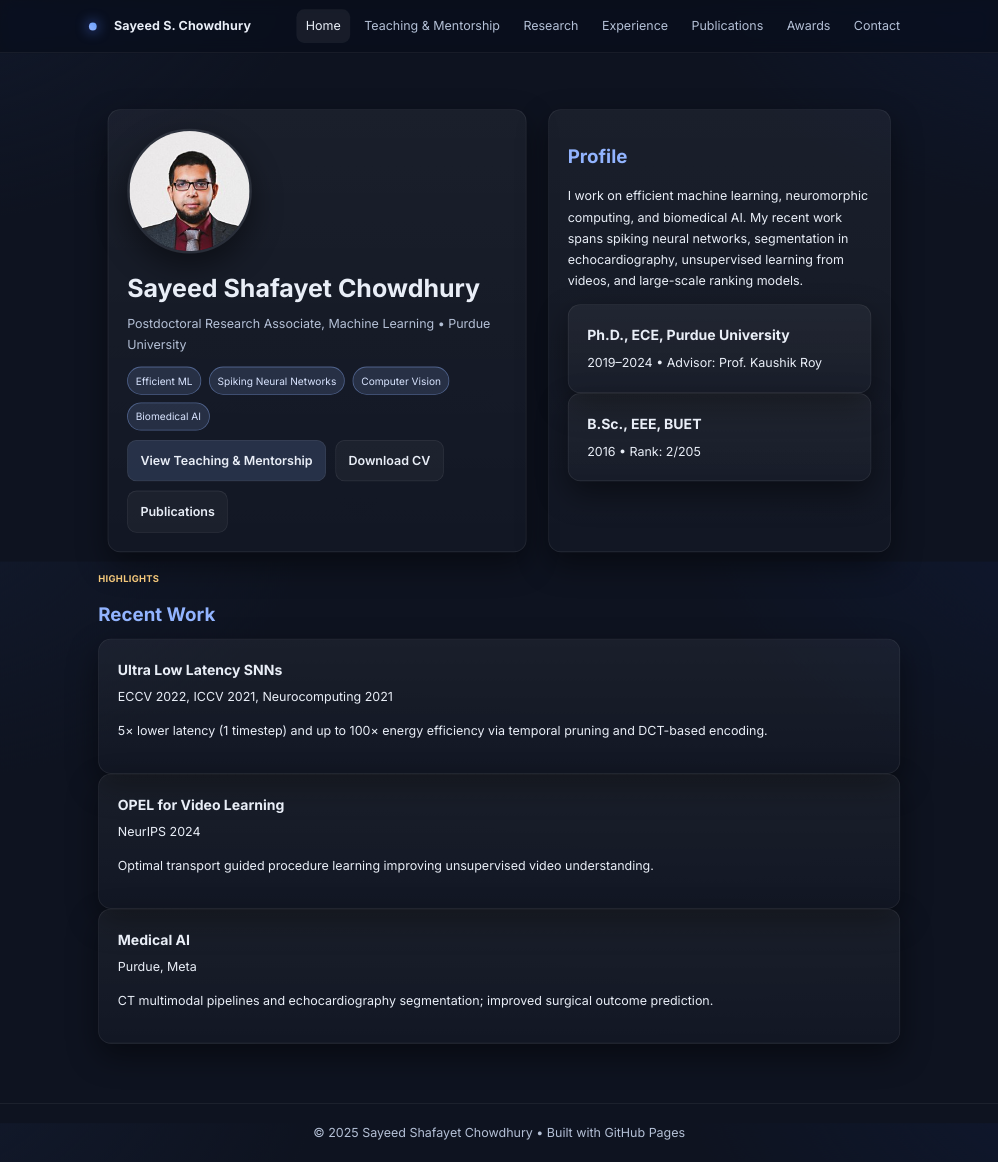
Repository: SayeedChowdhury/SayeedChowdhury.github.io
Page: index.html
An editor plug-in stored every save of this project. The page is shown before and after the next save, followed by the edit.
The browser window is 1280 px wide. The pictures show the whole page, at 78% of full size.

Above is the page before, as saved 2025-08-10 01:24:51.

### index.html
<!doctype html>
<html lang="en">
<head>
  <meta charset="utf-8">
  <meta name="viewport" content="width=device-width, initial-scale=1">
  <title>Sayeed S. Chowdhury • Academic Portfolio</title>
  <link rel="preconnect" href="https://fonts.googleapis.com">
  <link rel="preconnect" href="https://fonts.gstatic.com" crossorigin>
  <link href="https://fonts.googleapis.com/css2?family=Inter:wght@400;600;700&display=swap" rel="stylesheet">
  <link rel="stylesheet" href="assets/style.css">
</head>
<body>
<div class="nav">
  <div class="inner container">
    <div class="brand"><span class="dot"></span> <a href="index.html" style="text-decoration:none;color:inherit;">Sayeed S. Chowdhury</a></div>
    <div style="margin-left:auto; display:flex; gap:6px; flex-wrap:wrap">
      <a href="index.html" class="active">Home</a>
      <a href="teaching.html" class="">Teaching & Mentorship</a>
      <a href="research.html" class="">Research</a>
      <a href="experience.html" class="">Experience</a>
      <a href="publications.html" class="">Publications</a>
      <a href="awards.html" class="">Awards</a>
      <a href="contact.html" class="">Contact</a>
    </div>
  </div>
</div>
<div class="container">

<section class="hero">
  <div class="card">
    <div class="row" style="align-items:center">
      <img class="headshot" src="images/headshot.jpg" alt="Headshot of Sayeed S. Chowdhury" />
      <div>
        <h1>Sayeed Shafayet Chowdhury</h1>
        <div class="lead">Postdoctoral Research Associate, Machine Learning • Purdue University</div>
        <div class="badges">
          <span class="badge">Efficient ML</span>
          <span class="badge">Spiking Neural Networks</span>
          <span class="badge">Computer Vision</span>
          <span class="badge">Biomedical AI</span>
        </div>
        <div class="cta">
          <a class="button" href="teaching.html">View Teaching & Mentorship</a>
          <a class="button secondary" href="assets/cv.pdf" target="_blank" rel="noopener">Download CV</a>
          <a class="button secondary" href="publications.html">Publications</a>
        </div>
      </div>
    </div>
  </div>
  <div class="card">
    <h2>Profile</h2>
    <p>I work on efficient machine learning, neuromorphic computing, and biomedical AI. My recent work spans spiking neural networks, segmentation in echocardiography, unsupervised learning from videos, and large-scale ranking models.</p>
    <div class="cards">
      <div class="card grid-6">
        <h3>Ph.D., ECE, Purdue University</h3>
        <div class="muted">2019–2024 • Advisor: Prof. Kaushik Roy</div>
      </div>
      <div class="card grid-6">
        <h3>B.Sc., EEE, BUET</h3>
        <div class="muted">2016 • Rank: 2/205</div>
      </div>
    </div>
  </div>
</section>

<section class="section">
  <div class="title"><div><div class="kicker">Highlights</div><h2>Recent Work</h2></div></div>
  <div class="cards">
    <div class="card grid-4">
      <h3>Ultra Low Latency SNNs</h3>
      <div class="muted">ECCV 2022, ICCV 2021, Neurocomputing 2021</div>
      <p>5× lower latency (1 timestep) and up to 100× energy efficiency via temporal pruning and DCT-based encoding.</p>
    </div>
    <div class="card grid-4">
      <h3>OPEL for Video Learning</h3>
      <div class="muted">NeurIPS 2024</div>
      <p>Optimal transport guided procedure learning improving unsupervised video understanding.</p>
    </div>
    <div class="card grid-4">
      <h3>Medical AI</h3>
      <div class="muted">Purdue, Meta</div>
      <p>CT multimodal pipelines and echocardiography segmentation; improved surgical outcome prediction.</p>
    </div>
  </div>
</section>

</div>
<div class="footer">© 2025 Sayeed Shafayet Chowdhury • Built with GitHub Pages</div>
</body>
</html>

### assets/style.css

:root{
  --bg:#0e1320;
  --bg-grad1:#121a2d;
  --panel:#151b2e;
  --panel-2:#101626;
  --ink:#e9eef7;
  --muted:#b4c0d6;
  --navy:#92b4ff;
  --gold:#f3c77a;
  --border:rgba(255,255,255,.08);
  --shadow:0 16px 40px rgba(0,0,0,.45);
  --radius:16px;
}

*{box-sizing:border-box}
html,body{height:100%}
body{
  margin:0;
  color:var(--ink);
  background:
    radial-gradient(900px 600px at -10% -10%, var(--bg-grad1) 0%, transparent 60%),
    radial-gradient(900px 600px at 110% -10%, #0f1830 0%, transparent 60%),
    var(--bg);
  font:16px/1.7 "Inter", system-ui, -apple-system, Segoe UI, Roboto, Helvetica, Arial;
  -webkit-font-smoothing:antialiased;
}

.container{max-width:1100px;margin:0 auto;padding:24px}

.nav{
  position:sticky; top:0; z-index:10;
  background:rgba(9,13,24,.7);
  backdrop-filter:saturate(170%) blur(10px);
  border-bottom:1px solid var(--border);
}
.nav .inner{display:flex; align-items:center; gap:16px; padding:12px 24px;}
.nav .brand{display:flex; align-items:center; gap:10px; font-weight:700; letter-spacing:.2px; color:var(--ink)}
.nav .brand .dot{width:10px;height:10px;border-radius:50%;background:linear-gradient(45deg,var(--navy),#6aa0ff); box-shadow:0 0 16px #4e79ff}
.nav a{color:var(--muted); text-decoration:none; padding:8px 12px; border-radius:10px}
.nav a.active, .nav a:hover{color:var(--ink); background:rgba(255,255,255,.06)}

.hero{
  display:grid; grid-template-columns:1.1fr .9fr; gap:28px; align-items:stretch;
  padding:48px 24px 12px;
}
.card{
  background:linear-gradient(180deg, rgba(255,255,255,.05), rgba(255,255,255,.02));
  border:1px solid var(--border);
  border-radius:var(--radius);
  box-shadow:var(--shadow);
  padding:24px;
}
h1{font-size:32px; margin:0 0 4px}
h2{font-size:24px;margin:16px 0 10px;color:var(--navy)}
h3{font-size:18px;margin:0 0 6px}
.lead{color:var(--muted); font-size:16px}
.badges{display:flex; flex-wrap:wrap; gap:10px; margin-top:14px}
.badge{background:rgba(146,180,255,.14); border:1px solid rgba(146,180,255,.4); color:#d9e4ff; padding:6px 10px; border-radius:999px; font-size:13px}

.row{display:flex; gap:18px; flex-wrap:wrap; align-items:center}
.cta{display:flex; gap:12px; flex-wrap:wrap; margin-top:12px}
.button{display:inline-flex;align-items:center;gap:10px;padding:12px 16px;border-radius:12px;border:1px solid var(--border);background:rgba(146,180,255,.16);color:var(--ink);text-decoration:none;font-weight:600}
.button.secondary{background:rgba(255,255,255,.04)}

.headshot{width:160px;height:160px;border-radius:50%;object-fit:cover;border:3px solid rgba(255,255,255,.08);box-shadow:var(--shadow)}

.section{padding:12px}
.kicker{color:var(--gold);font-weight:700;letter-spacing:.4px;text-transform:uppercase;font-size:12px}

.list{padding-left:20px}
.list li{margin:10px 0}

.footer{border-top:1px solid var(--border); color:var(--muted); padding:24px; text-align:center; margin-top:40px}

@media (max-width: 900px){
  .hero{grid-template-columns:1fr}
}

@media print{
  .nav,.footer,.cta{display:none}
  body{background:white;color:#111}
  .card{box-shadow:none}
}

After the next save:
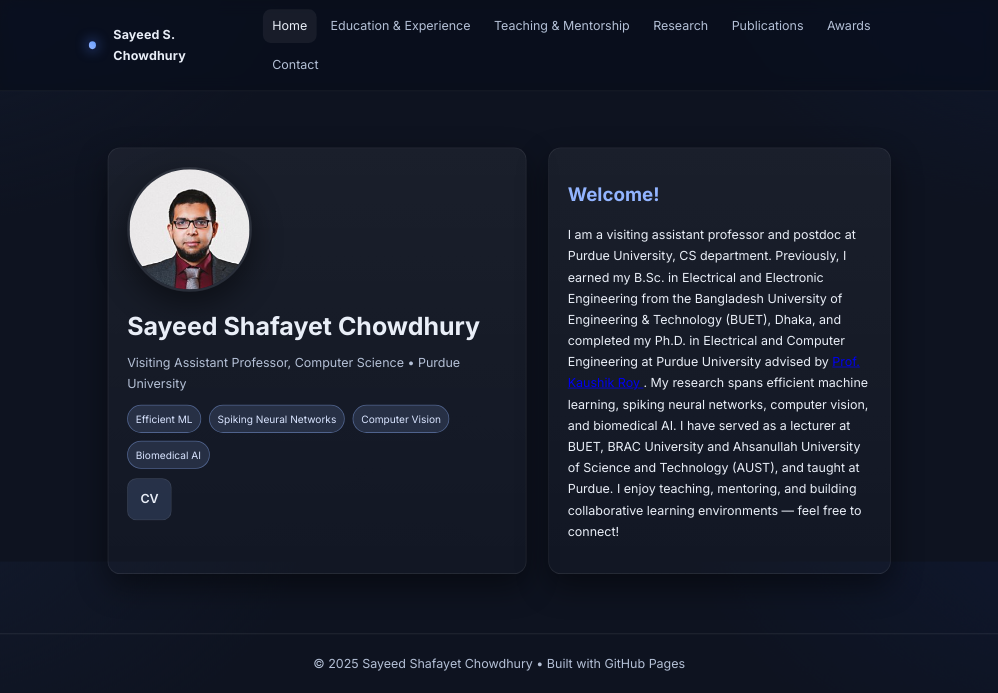
Saved 17 h 23 min later.
--- a/index.html
+++ b/index.html
@@ -15,9 +15,9 @@
     <div class="brand"><span class="dot"></span> <a href="index.html" style="text-decoration:none;color:inherit;">Sayeed S. Chowdhury</a></div>
     <div style="margin-left:auto; display:flex; gap:6px; flex-wrap:wrap">
       <a href="index.html" class="active">Home</a>
+      <a href="edu-exp.html" class="">Education & Experience</a>
       <a href="teaching.html" class="">Teaching & Mentorship</a>
       <a href="research.html" class="">Research</a>
-      <a href="experience.html" class="">Experience</a>
       <a href="publications.html" class="">Publications</a>
       <a href="awards.html" class="">Awards</a>
       <a href="contact.html" class="">Contact</a>
@@ -28,11 +28,11 @@
 
 <section class="hero">
   <div class="card">
-    <div class="row" style="align-items:center">
+    <div class="row">
       <img class="headshot" src="images/headshot.jpg" alt="Headshot of Sayeed S. Chowdhury" />
       <div>
         <h1>Sayeed Shafayet Chowdhury</h1>
-        <div class="lead">Postdoctoral Research Associate, Machine Learning • Purdue University</div>
+        <div class="lead">Visiting Assistant Professor, Computer Science • Purdue University</div>
         <div class="badges">
           <span class="badge">Efficient ML</span>
           <span class="badge">Spiking Neural Networks</span>
@@ -40,48 +40,27 @@
           <span class="badge">Biomedical AI</span>
         </div>
         <div class="cta">
-          <a class="button" href="teaching.html">View Teaching & Mentorship</a>
-          <a class="button secondary" href="assets/cv.pdf" target="_blank" rel="noopener">Download CV</a>
-          <a class="button secondary" href="publications.html">Publications</a>
+          <a class="button" href="assets/cv.pdf" target="_blank" rel="noopener">CV</a>
         </div>
       </div>
     </div>
   </div>
+
   <div class="card">
-    <h2>Profile</h2>
-    <p>I work on efficient machine learning, neuromorphic computing, and biomedical AI. My recent work spans spiking neural networks, segmentation in echocardiography, unsupervised learning from videos, and large-scale ranking models.</p>
-    <div class="cards">
-      <div class="card grid-6">
-        <h3>Ph.D., ECE, Purdue University</h3>
-        <div class="muted">2019–2024 • Advisor: Prof. Kaushik Roy</div>
-      </div>
-      <div class="card grid-6">
-        <h3>B.Sc., EEE, BUET</h3>
-        <div class="muted">2016 • Rank: 2/205</div>
-      </div>
-    </div>
-  </div>
-</section>
+    <h2>Welcome!</h2>
+    <p>
+        I am a visiting assistant professor and postdoc at Purdue University, CS department.
+        Previously, I earned my B.Sc. in Electrical and Electronic Engineering from the
+        Bangladesh University of Engineering & Technology (BUET), Dhaka, and completed my Ph.D. in Electrical and Computer Engineering at Purdue University advised by
+        <a href="https://scholar.google.com/citations?user=to4P8KgAAAAJ&hl=en" target="_blank" rel="noopener">
+            Prof. Kaushik Roy
+        </a>.
+        My research spans efficient machine learning, spiking neural networks, computer vision, and biomedical AI.
+        I have served as a lecturer at BUET, BRAC University and Ahsanullah University of Science and Technology (AUST), and taught at Purdue.
+        I enjoy teaching, mentoring, and building collaborative learning environments — feel free to connect!
+    </p>
+</div>
 
-<section class="section">
-  <div class="title"><div><div class="kicker">Highlights</div><h2>Recent Work</h2></div></div>
-  <div class="cards">
-    <div class="card grid-4">
-      <h3>Ultra Low Latency SNNs</h3>
-      <div class="muted">ECCV 2022, ICCV 2021, Neurocomputing 2021</div>
-      <p>5× lower latency (1 timestep) and up to 100× energy efficiency via temporal pruning and DCT-based encoding.</p>
-    </div>
-    <div class="card grid-4">
-      <h3>OPEL for Video Learning</h3>
-      <div class="muted">NeurIPS 2024</div>
-      <p>Optimal transport guided procedure learning improving unsupervised video understanding.</p>
-    </div>
-    <div class="card grid-4">
-      <h3>Medical AI</h3>
-      <div class="muted">Purdue, Meta</div>
-      <p>CT multimodal pipelines and echocardiography segmentation; improved surgical outcome prediction.</p>
-    </div>
-  </div>
 </section>
 
 </div>
